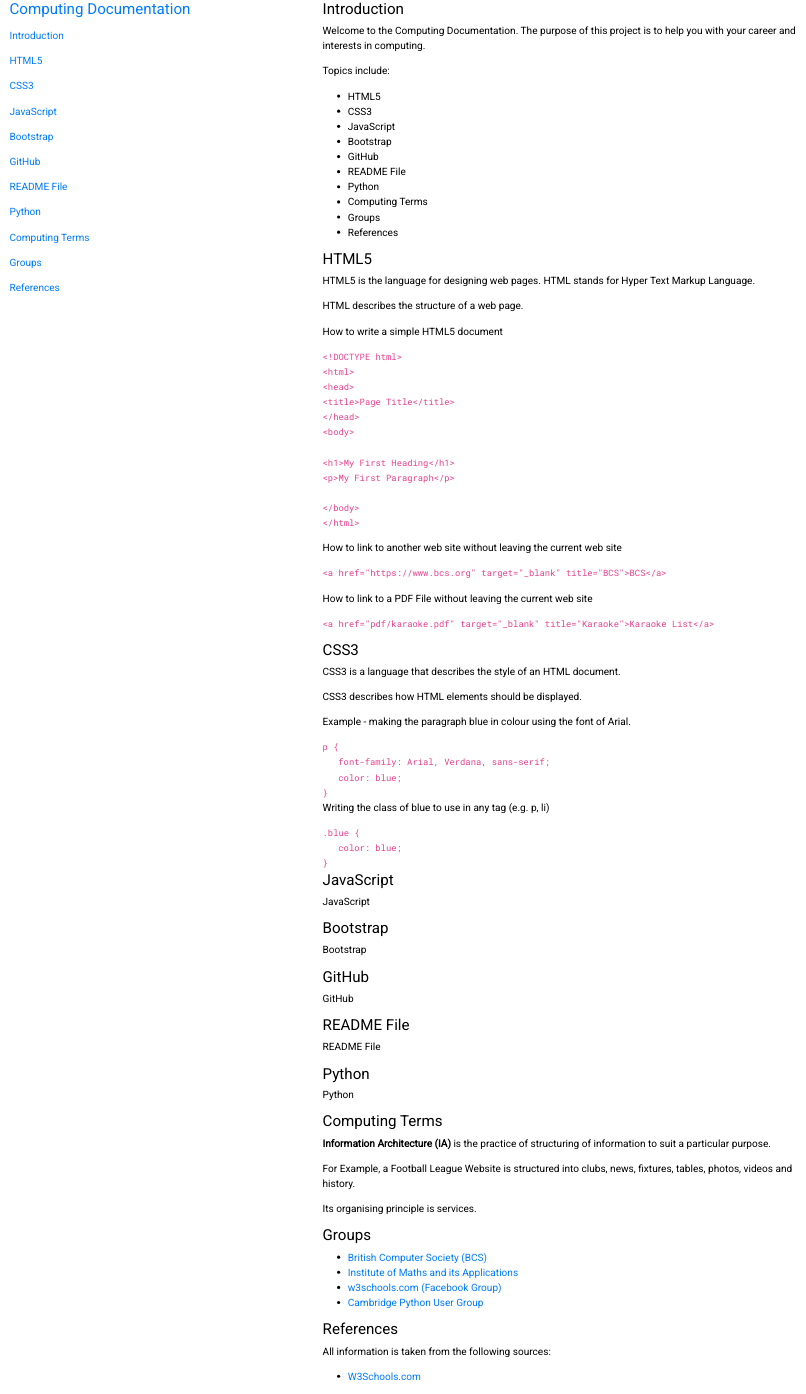
Repository: derektypist/technical-documentation-page
Page: index.html
The author's editor kept a record of every edit. The page is drawn from the files as they stood at one moment, then again after the next edit.
The browser window is 1280 px wide. The pictures show the whole page, at 63% of full size.

Above is the page before.

After the next edit:
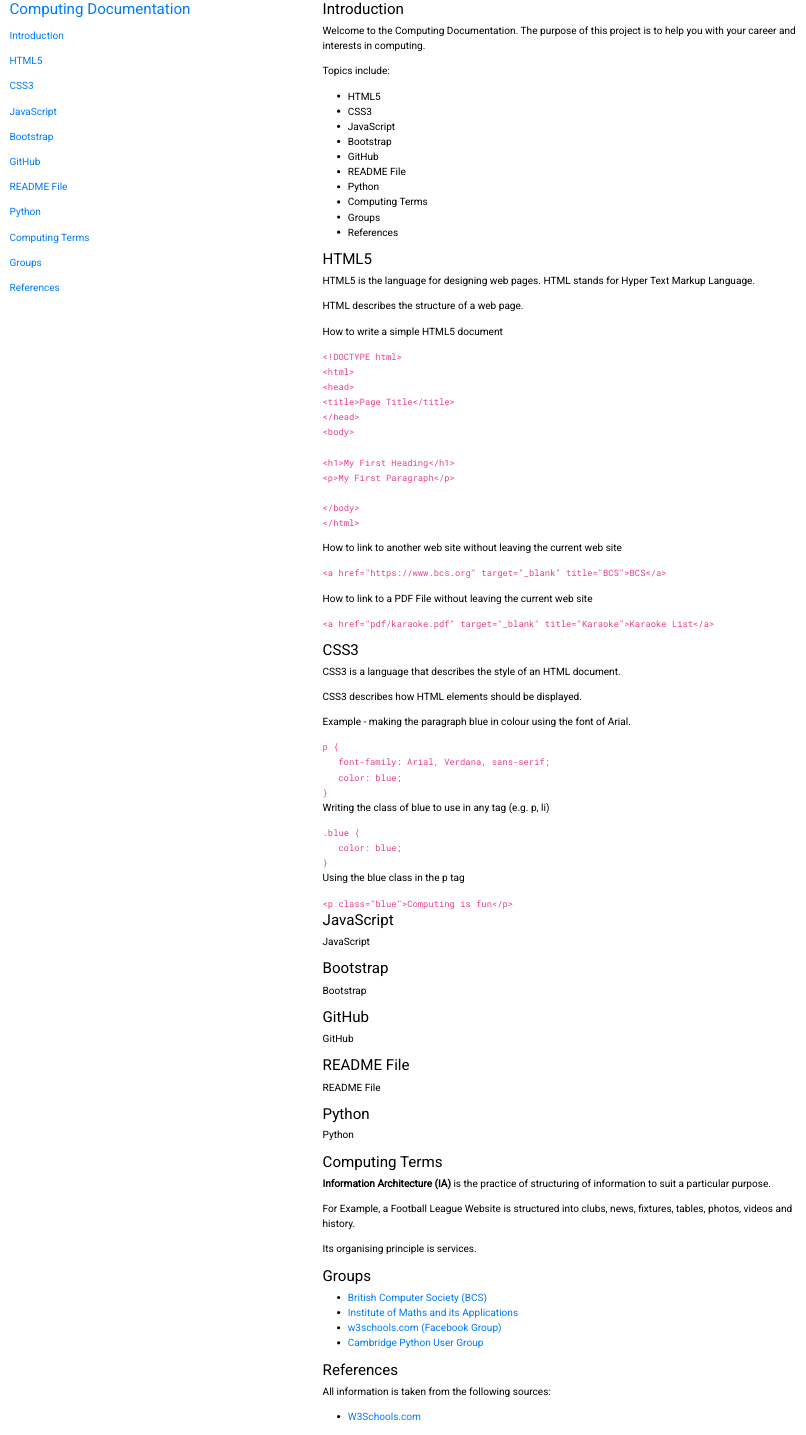
The edit:
--- a/index.html
+++ b/index.html
@@ -184,6 +184,8 @@
           } <br>
 
         </code>
+        <p>Using the blue class in the p tag</p>
+        <code>&ltp class=&quotblue&quot&gtComputing is fun&lt/p&gt</code>
       </article>
     </section>
 
